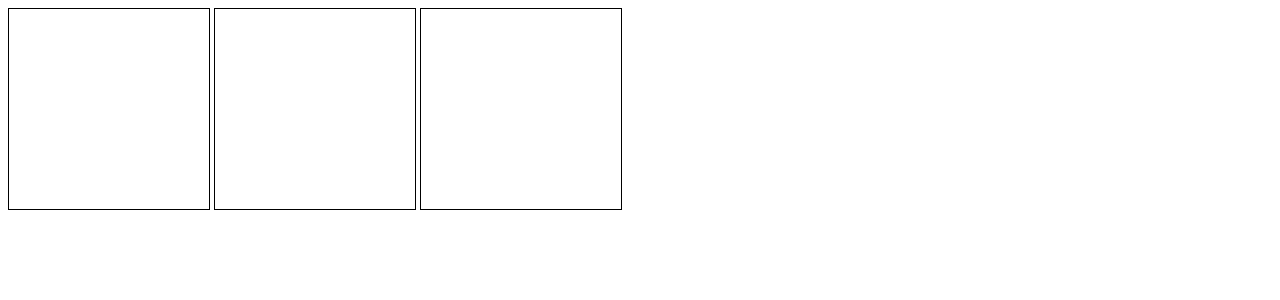
Repository: hidayatmansuri/Media-Query
Page: Index.html
The author's editor kept a record of every edit. The page is drawn from the files as they stood at one moment, then again after the next edit.
The browser window is 1280 px wide. The pictures show the whole page.

Above is the page before.

### Index.html
<!DOCTYPE html>
<html lang="en">
<head>
    <meta charset="UTF-8">
    <meta name="viewport" content="width=device-width, initial-scale=1.0">
    <meta http-equiv="X-UA-Compatible" content="ie=edge">
    <link rel="stylesheet" href="main.css" type="text/css" />
    <title>Document</title>
</head>
<body>
    <div class="container">
        <div class="box mobile"></div>
        <div class="box tablet"></div>
        <div class="box desktop"></div>
    </div>
</body>
</html>

### main.css
.box {
    width: 200px;
    height: 200px;
    border: 1px solid #000;
    display: inline-block;
}

/* Media querie */

@media (max-width: 767px) {
    .mobile {
        background-color: #0997d3;
    }
}

@media (min-width: 768px) and (max-width: 991px){
    .tablet {
        background-color: #bada55;
    }
}

@media (min-width: 992px) and (max-width: 1800px) {
    .desktop {
        background-color: ;
    }
}

After the next edit:
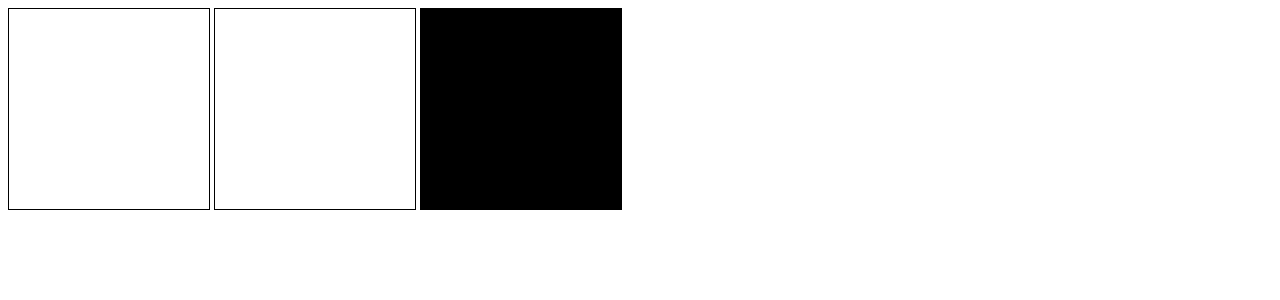
The edit:
--- a/main.css
+++ b/main.css
@@ -21,6 +21,6 @@
 
 @media (min-width: 992px) and (max-width: 1800px) {
     .desktop {
-        background-color: ;
+        background-color: #000;
     }
 }
